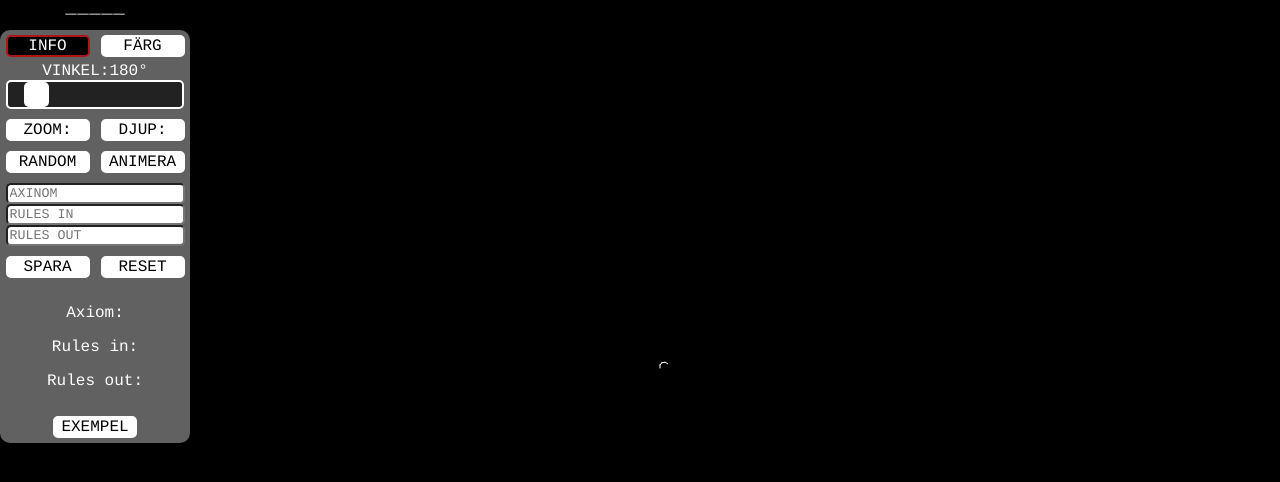
Repository: Gabrielw123/Fraktalgenerator
Page: fraktaler/test/index.html
An editor plug-in stored every save of this project. The page is shown before and after the next save, followed by the edit.
The browser window is 1280 px wide. The pictures show the whole page.
The pointer rests on the first visible `a.knapp`.
Some web libraries are served in a nearby version.

Above is the page before, as saved 2022-01-13 13:43:24.

After the next save:
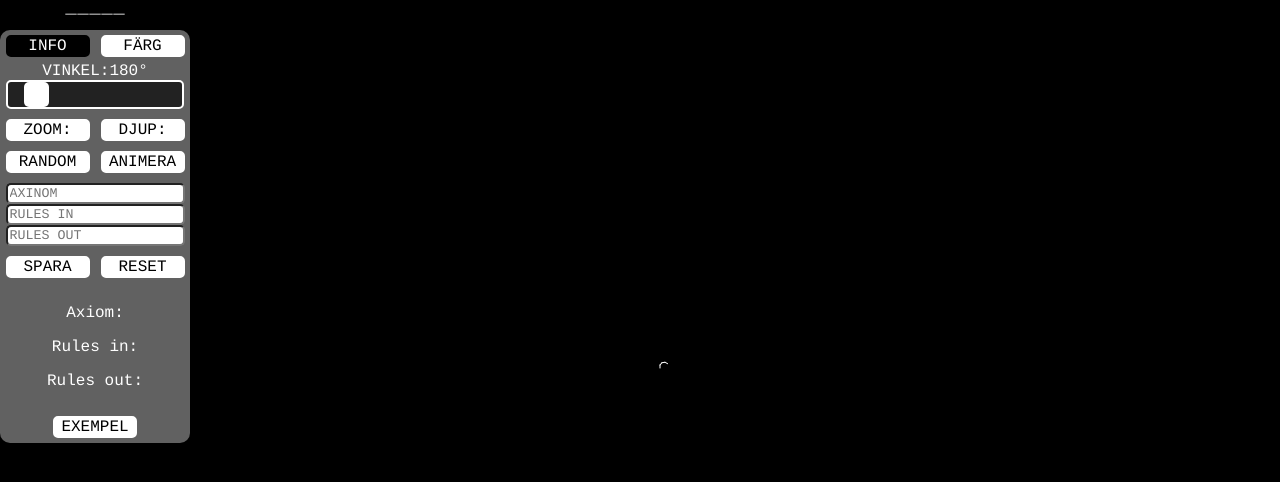
Saved 9 s later.
--- a/fraktaler/test/style.css
+++ b/fraktaler/test/style.css
@@ -109,7 +109,7 @@ a.knapp:hover {
   background: black;
   border-radius: 5px;
   color: white;
-  border: 2px solid rgb(172, 22, 22);
+  border: 2px solid rgb(0, 0, 0);
 }
 
 #canvas {
